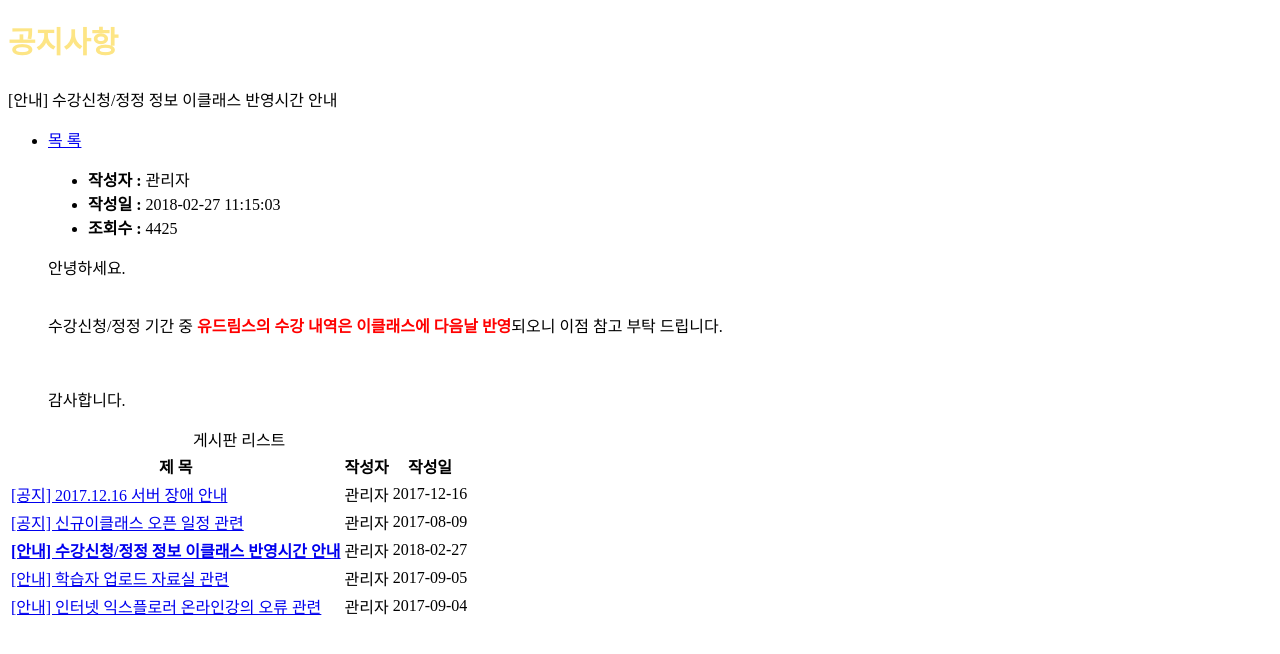
Repository: CSID-DGU/2019-1-CECD3-FFChain-2
Page: http://localhost/icip.app/WEB-INF/jsp/icip/notice/noticeView.jsp
The author's editor kept a copy of each file at every save. The page is drawn from the files as they stood at one save, then again after the next save.
The browser window is 1280 px wide. The pictures show the whole page.
The page is served by Tomcat 9. Nobody is signed in. The template is opened directly, without the code that normally fills it, so the values that code supplies are empty.

Above is the page before, as saved 2019-08-19 10:54:13.

After the next save:
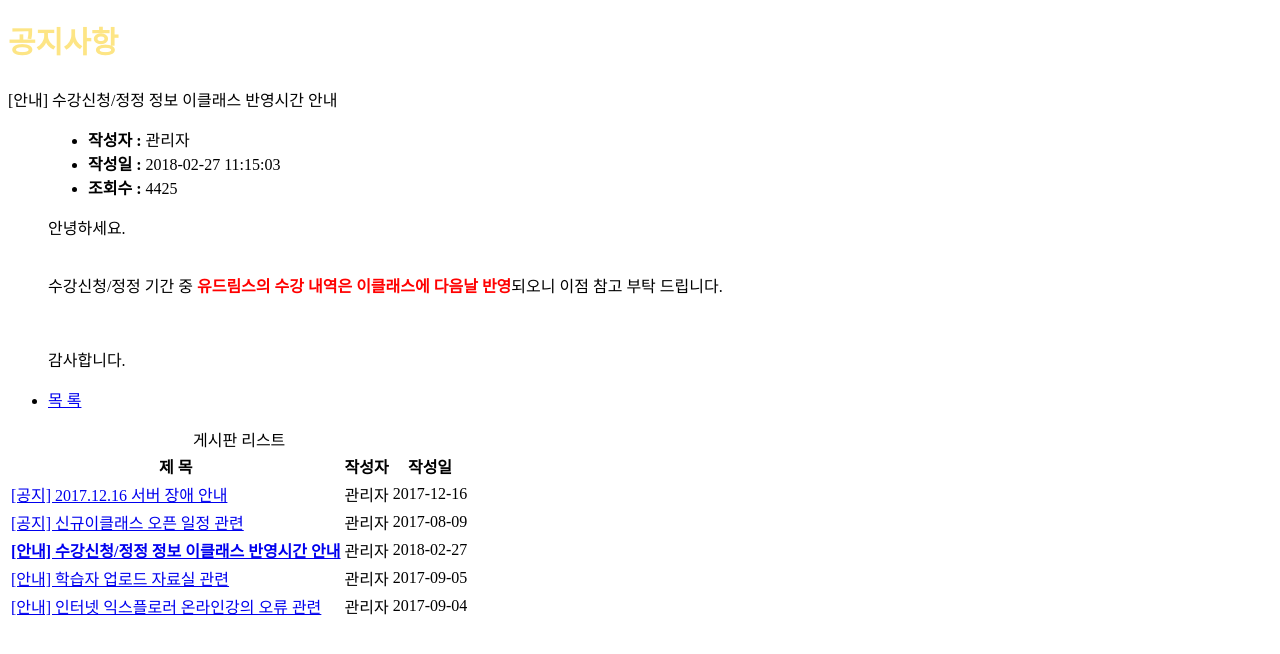
Saved 6 min 7 s later.
--- a/icip.app/src/main/webapp/WEB-INF/jsp/icip/notice/noticeView.jsp
+++ b/icip.app/src/main/webapp/WEB-INF/jsp/icip/notice/noticeView.jsp
@@ -16,14 +16,7 @@
 <div id="listBox">
 				<div class="listContent">
 						 [안내] 수강신청/정정 정보 이클래스 반영시간 안내
-							<ul class="btnBox">
-								<li>
-									<a class="btn small" href=noticeList.do>
-										<i class="icon-report-small-color"></i>
-										목 록
-									</a>
-								</li>
-							</ul>
+
 						<dd class="info">
 							<ul class="fl ml10">
 							</ul>
@@ -142,7 +135,14 @@
 
 
 
-
+								<ul class="btnBox">
+								<li>
+									<a class="btn small" href=noticeList.do>
+										<i class="icon-report-small-color"></i>
+										목 록
+									</a>
+								</li>
+							</ul>
 							</tbody>
 						</table>
 <script>
